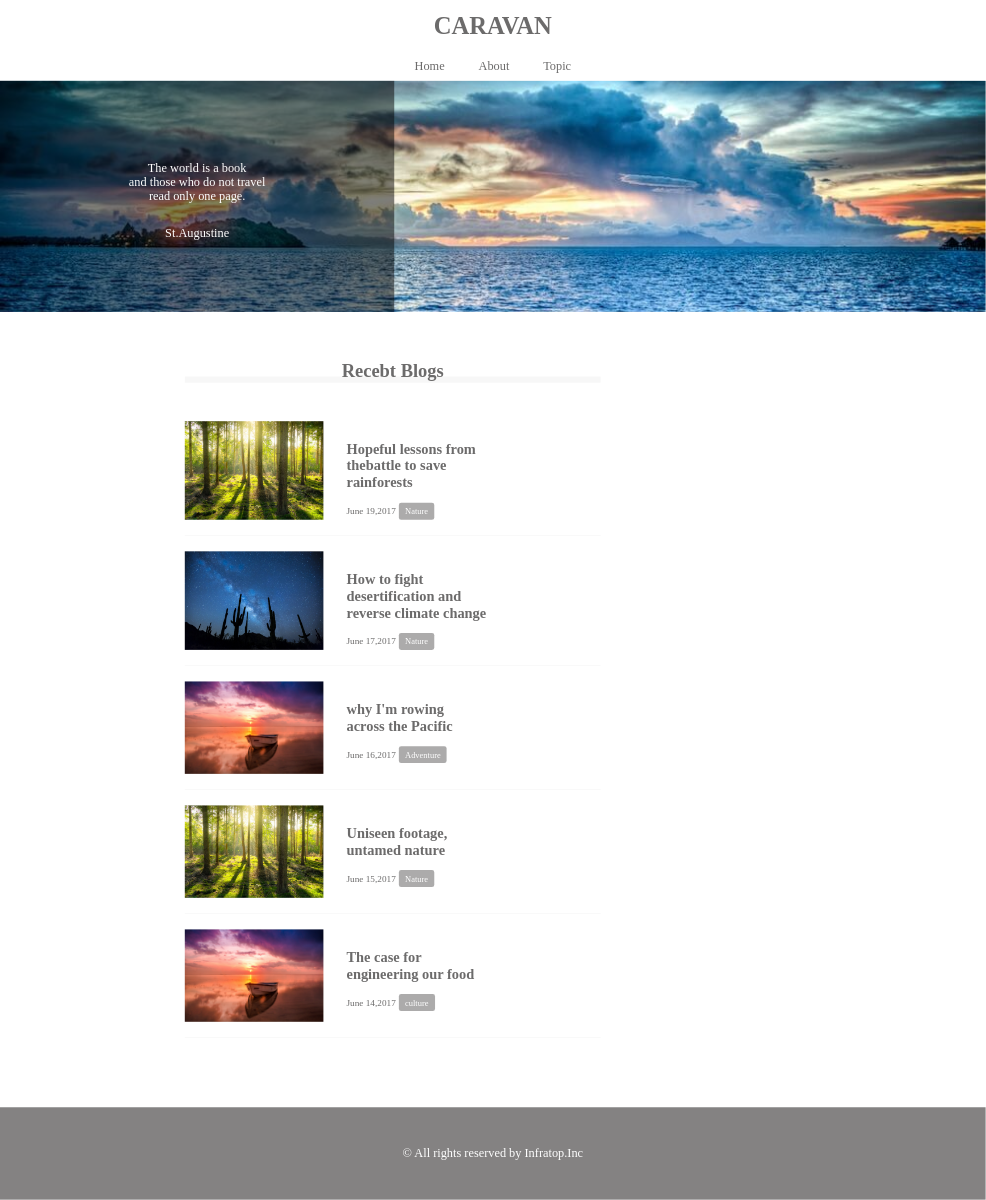
Repository: ego-boosting/html-practice1
Page: caravan/index.html
The author's editor kept a record of every edit. The page is drawn from the files as they stood at one moment, then again after the next edit.
The browser window is 1280 px wide. The pictures show the whole page, at 77% of full size.

Above is the page before.

### caravan/index.html
<!DOCTYPE html>
<html lang="ja">

  <head>
    <meta charset="UTF-8" />
    <link rel="stylesheet" href="style.css" />
    <title>CARAVAN</title>
  </head>

  <body>

    <header>
      <h1 class="heading">
        <a href="index.html">
          CARAVAN
        </a>

      </h1>
    </header>

    <nav>

      <ul class="nav-list">
        <li class="nav-list-item">
          <a href="index.html">Home</a>
        </li>
        <li class="nav-list-item">About</li>
        <li class="nav-list-item">Topic</li>

      </ul>

    </nav>


    <div class="main-visual">
      <div class="main-visual-content">

       <p class="main-visual-text">
         The world is a book<br/>
         and those who do not travel<br/>
         read only one page.
       </p>
       <p class="main-visual-name">
         St.Augustine
       </p>
       </div>
    </div>

    <main>

      <section class="blog">

       <h2 class="blog-heading">Recebt Blogs</h2>

      <div class="blog-box">
       <div class="blog-item">
        <img class="blog-image"src="img/forest.jpg">
        <section class="blog-text">
         <h3 class="blog-text-heading">
          <a href="sigle.html">
               Hopeful lessons from<br/>
               thebattle to save<br/>
               rainforests
          </a>
         </h3>
         <p class="blog-date">June 19,2017</p>
         <span class="category">Nature</span>
        </section>
       </div>
       <div class="blog-item">
        <img class="blog-image"src="img/desert.jpg">
        <section class="blog-text">
         <h3 class ="blog-text-heading">
          <a href="sigle.html">
               How to fight<br/>
               desertification and<br/>
               reverse climate change
          </a>
         </h3>
         <p class="blog-date">June 17,2017</p>
         <span class="category">Nature</span>
        </section>
       </div>
       <div class="blog-item">
        <img class="blog-image"src="img/sunset.jpg">
        <section class="blog-text">
         <h3 class="blog-text-heading">
          <a href="sigle.html">
                why I'm rowing<br/>
                across the Pacific
          </a>
         </h3>
         <p class="blog-date">June 16,2017</p>
         <span class="category">Adventure</span>
        </section>
       </div>
       <div class="blog-item">
        <img class="blog-image"src="img/forest.jpg">
        <section class="blog-text">
         <h3 class="blog-text-heading">
          <a href="sigle.html">
                Uniseen footage,<br/>
                untamed nature
          </a>
         </h3>
         <p class="blog-date">June 15,2017</p>
         <span class="category">Nature</span>
        </section>
        </div>

        <div class="blog-item">
        <img class="blog-image"src="img/sunset.jpg">
        <section class="blog-text">
         <h3 class="blog-text-heading">
          <a href="sigle.html">
                The case for<br/>
                engineering our food
          </a>
         </h3>
         <p class="blog-date">June 14,2017</p>
         <span class="category">culture</span>
         </section>
       </div>
       </div>

      </section>

      <div class="sidebar"></div>

      </main>

    </div>

    <footer>
      <p class="footer-text">© All rights reserved by Infratop.Inc️</p>
    </footer>
  </body>
</html>

### caravan/style.css
* {
  margin: 0;
  padding: 0;
  box-sizing: border-box;
  color:#6c6b6b;
}

a{
  text-decoration:none;
}

header{
  width:90%;
  padding:15px 0;
  margin:0 auto;
  text-align:center;
}

header.heading{
  font-size:32px;
}

.nav-list{
  text-align:center;
  padding:10px 0;
  margin:0 auto;
}

.nav-list-item{
  list-style:none;
  display:inline-block;
  margin:0 20px;
}

.main-visual {
  width: 100%;
  height: 300px;
  background-image:url(img/mv.jpg);
  background-size:cover;
  background-position:center;
}

.main-visual-content {
  width: 40%;
  height: 300px;
  background-color:rgba(0,0,0,0.5);
  text-align:center;
  padding-top:105px;
}

.main-visual-text{
  color:#fff;
}

.main-visual-name{
  margin-top:30px;
  color:#fff;
}

main{
  width:800px;
  display:flex;
  justify-content:center;
  margin:0 auto;
  padding:70px 0;
}

.blog {
  width:540px;
  margin-right:30px;
}

.blog-heading{
  border-bottom:8px solid#f7f7f7;
  text-align:center;
  line-height:0.6;
}

.blog-item{
  padding-bottom:20px;
  margin-bottom:20px;
  border-bottom:1px solid#f7f7f7;
  display:flex;
  justify-content:flex-start;
}

.blog-box{
  padding-top:50px;
}

.blog-image{
  width:180px;
}

.blog-text{
  padding:25px 0 0 30px;
}

.blog-text-heading{
  padding-bottom:15px;
}

.blog-date{
  font-size:12px;
  display:inline-block;
}

.category{
  display:inline-block;
  padding:5px 8px;
  background-color:#acabab;
  border-radius:3px;
  color:#fff;
  font-size:11px;
}

.sidebar {
  width:230px;
}

footer{
  width:100%;
  height:120px;
  text-align:center;
  line-height:120px;
  background-color:#848282;
}

.footer-text{
  color:#fff;
}

After the next edit:
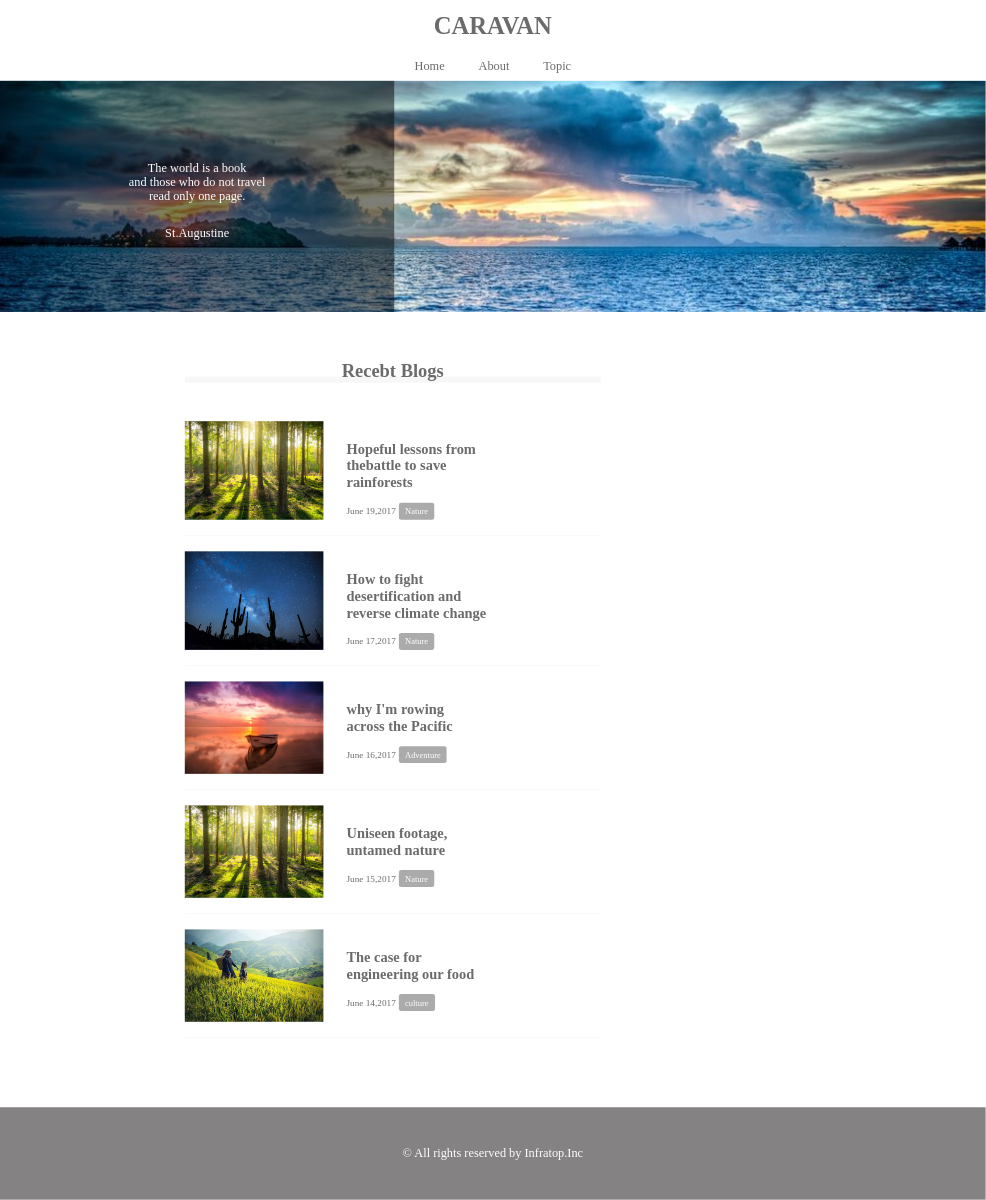
The edit:
--- a/caravan/index.html
+++ b/caravan/index.html
@@ -109,7 +109,7 @@
         </div>
 
         <div class="blog-item">
-        <img class="blog-image"src="img/sunset.jpg">
+        <img class="blog-image"src="img/asia.jpg">
         <section class="blog-text">
          <h3 class="blog-text-heading">
           <a href="sigle.html">
